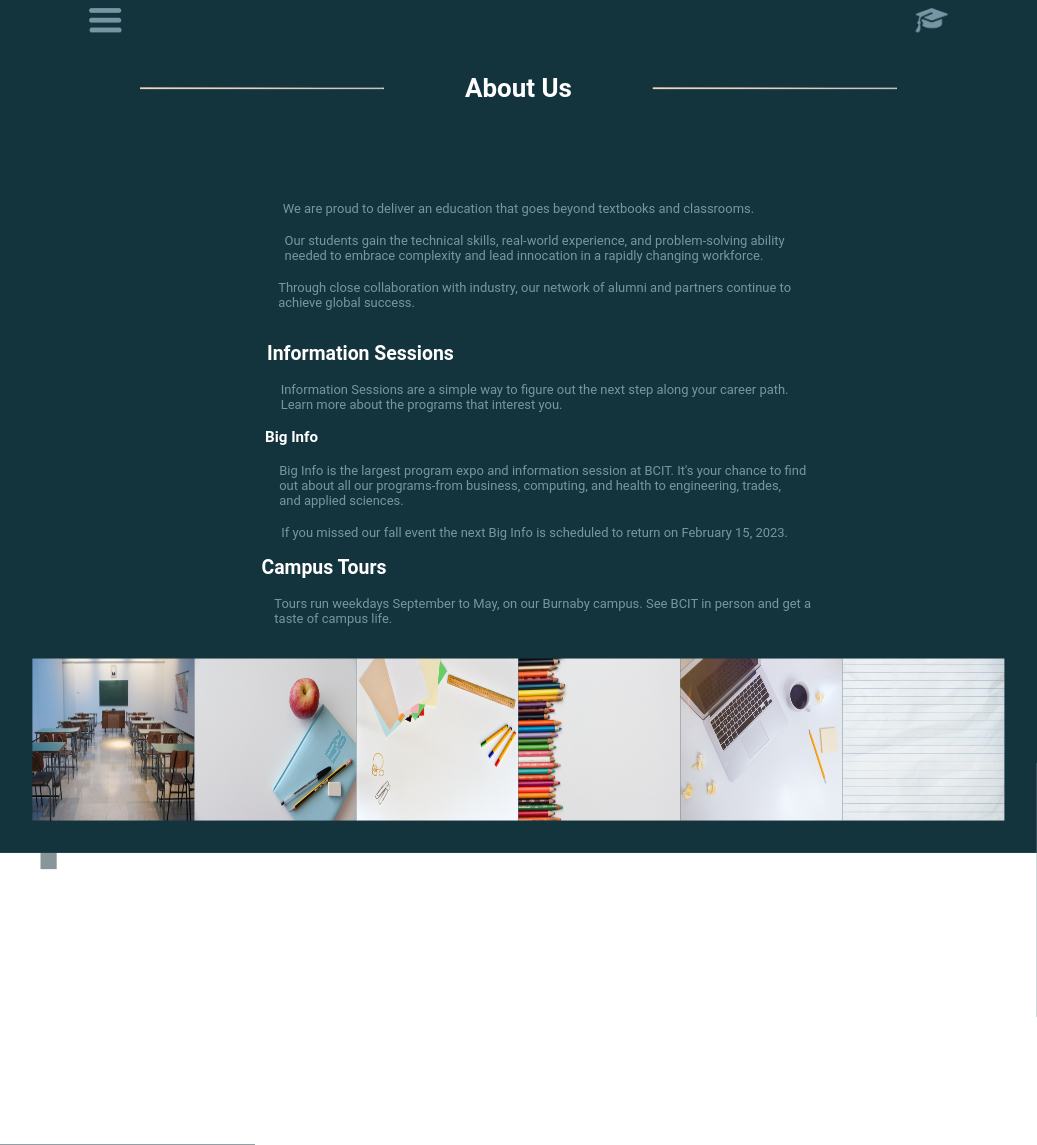
Repository: Sheraliramzan/Aly_A01253508_Assignment1
Page: /about
These files come from the project's save history. The page is drawn as it stood at one moment and after a run of saves; the edit follows.
The browser window is 1280 px wide. The pictures show the whole page, at 81% of full size.
The project was rebuilt for these pictures with package versions that can differ from the ones it lists, and the page was loaded fresh each time. The framework's server and built-in components were replaced by stand-ins that run in the browser. Also part of the build but not shown: next.config.js.

Above is the page before, as saved 2023-02-05 10:01:59.

### pages/about.js
import Head from 'next/head'
import Image from 'next/image'
import styles from '../styles/Home.module.css'
import dynamic from "next/dynamic";
import Nav from '../comp/nav/nav';


const About = () => {
  return (
    <>
      <Head>
        <title>About Us</title>
        <meta name="author" content="MDIA 2109" />
        <meta property="og:title" content= 'Assignment #1 - About Us Page'/>
        <meta property="og:description" content= "BCIT Digital Design and Development Diploma"/>
        <meta name="viewport" content="width=device-width, initial-scale=1" />
        <link rel="icon" href="/favicon.png" />
      </Head>
      <main className={styles.main}>
        <div className="aboutcont">
          <Nav/>
          <div>
              <div className='headcont1'>
                <hr className='hori'></hr>
                <h1 className='header'>About Us</h1>
                <hr className='hori1'></hr>
                <h1></h1>
              </div>
              <div className='paracont'>
                <p className='para2'> We are proud to deliver an education that goes beyond textbooks
                  and classrooms.</p>
                <p className='para3'> Our students gain the technical skills, real-world experience,
                  and problem-solving ability <br /> needed to embrace complexity
                  and lead innocation in a rapidly changing workforce.</p>
                <p className='para3'>Through close collaboration with industry, our network of alumni
                  and partners continue to <br /> achieve global success.</p>
              </div>
                <h2 className='header2'> Information Sessions</h2>
                <p className='para3'> Information Sessions are a simple way to figure out the next
                  step along your career path. <br /> Learn more about the
                programs that interest you.</p>
                <h3 className='header3'>Big Info</h3>
              <p className='para4'> Big Info is the largest program expo and information session at
                BCIT. It's your chance to find <br /> out about all our
                programs-from business, computing, and health to engineering,
                trades,
                <br /> and applied sciences.
              </p>
              <p className='para3'>If you missed our fall event the next Big Info is scheduled to
                return on February 15, 2023.
              </p>
              <h2 className="header4">Campus Tours</h2>
              <p className='para4'>  Tours run weekdays September to May, on our Burnaby campus. See
                BCIT in person and get a <br /> taste of campus life.</p>
          </div>
          <div>
            <div id="carouselImage">
                <Image src={"/0.jpg"} width={200} height={200}></Image>
                <Image src={"/1.jpg"} width={200} height={200}></Image>
                <Image src={"/2.jpg"} width={200} height={200}></Image>
                <Image src={"/3.jpg"} width={200} height={200}></Image>
                <Image src={"/4.jpg"} width={200} height={200}></Image>
                <Image src={"/5.jpg"} width={200} height={200}></Image>
            </div >
                  <div id="testOnImageHere">
                    <ul>
                      <li>Applied & Natural Sciences</li>
                      <li>Business & Media</li>
                      <li>Computing & IT</li>
                      <li>Engineerin</li>
                      <li>Health Sciences</li>
                      <li>Trades & Apprenticeships</li>
                    </ul>
                  </div>
          </div>
        </div>
        <a>
            <span>
                <img></img>
                <img></img>
            </span>
        </a>
      </main>
    </>
  )
}
export default dynamic (() => Promise.resolve(About), {ssr: false})

### styles/globals.css


* {
  box-sizing: border-box;
  padding: 0;
  margin: 0;
}

html,
body {
  margin: 0;
  padding: 0;
  font-family: "Roboto", sans-serif;
  scrollbar-width: none;

}
.menuimg{
  margin-left: 100px;
}
.gardimg{
  margin-right: 100px;
}
.navcont {
  display: flex;
  align-items: center;
  justify-content: space-between;
  padding: 10px;
}
.menucont{
  position: absolute;
  top: 0rem;
  left: 4rem;
}
a{
  color: var(--primary-color);
  text-decoration: none;
}

ul {
  display: flex;
  flex-direction: column;
  position: absolute;
  top: 10px;
  left: 50px;
  gap: 2rem;
  text-decoration: none;
}

ul > li {
  list-style-type: none;
  text-decoration: none;
  color: var(--primary-color);
}
.listcont{
  position: absolute;
  display: flex;
  align-items: flex-start;
  left: 3rem;
  top: 3rem;
}

.btncont {
  display: flex;
}

.close {
  background-color: transparent;
  border: none;
  font-size: larger;
  color: var(--primary-color);
}

.fullcont{
  width: 100vw;
  height: 100vh;
  background-image: url("/background-images/backgroundMountain.jpg");
  background-size: cover;
}
.but1{
  margin: 2px;
  padding: 5px 15px;
  background: none;
  border: 1px solid var(--primary-color);
  border-radius: 5px;
  color:var(--primary-color) ;
}
.butcont{
 margin-left: 250px;
}

.but1:hover{
  background-color: var( --primary-color);
  color: var(--quinary-color);
}
.downarrow{
  position: relative;
  left: 650px;
  top:50px;
}
.headcont{
  display: flex;
  flex-direction: column;
  width: 25%;
  margin-top: 320px;
  margin-left: 250px;
}
.headhome{
  color: var(--primary-color);
  font-size: 25px;
  margin-bottom: 10px;
}
.horidiv{
  width: 60%;
  border: 1px solid var(--secondary-color);
  margin-bottom: 10px;
}
.para1{
  color: var(--primary-color);
  font-size:12px;
  width: 100%;
  opacity: 0.8;
}
.aboutcont{
  width: 100%;
  background-color: var( --quaternary-color);
  justify-content: center;
}
.hori{
  border-left: 300px solid var(--secondary-color);
  width: 100px;
  height: 1px;
  margin-right: 100px;
}
.hori1{
  border-left: 300px solid var(--secondary-color);
  width: 100px;
  height: 1px;
  margin-left: 100px;
}
.headcont1{
  text-align: center;
  margin-top: 40px;
  display: flex;
  justify-content: center;
  align-items: center;
}
.header{
  color: var(--primary-color);
}
.paracont{
  display: flex;
  flex-direction: column;
  color: var(--ternary-color);
  justify-content: center;
  align-items: center;
  margin-top: 100px;

}
.para2{
  margin-top: 20px;
  margin-bottom: 20px;
}
.header2{
  display: flex;
  flex-direction: column;
  align-items: center;
  margin-right: 390px;
  margin-top: 20px;
  margin-bottom: 20px;
  color: var(--primary-color);
}
.header3{
  display: flex;
  flex-direction: column;
  align-items: center;
  margin-right: 560px;
  margin-top: 20px;
  margin-bottom: 20px;
  color: var(--primary-color);
}
.header4{
  display: flex;
  flex-direction: column;
  align-items: center;
  margin-right: 480px;
  margin-top: 20px;
  margin-bottom: 20px;
  color: var(--primary-color);
}
.para3{
  color: var(--ternary-color);
  display: flex;
  align-items: center;
  justify-content: center;
  margin-bottom: 20px;
  margin-left: 40px;
}
.para4{
  color: var(--ternary-color);
  display: flex;
  align-items: center;
  justify-content: center;
  margin-bottom: 20px;
  margin-left: 60px;
}
#carouselImage{
  height: 200px;
  background-repeat: no-repeat;
  background-size: cover;
  display: flex;
  justify-content: center;
  align-items: center;
  margin: 40px 0px;
}
#testOnImageHere{
  background-color: rgba(16, 46, 53, 0.5);
  padding: 10px;
  margin: 0px 50px;
  position: absolute;
}

### styles/variables.css
:root{
    --primary-color:#fff;
    --secondary-color:#f4d6b9;
    --ternary-color: #7796a4;
    --quaternary-color:#14343d;
    --quinary-color:rgba(16,46,53,0.5);
}

### styles/Home.module.css
.main {
  display: flex;
  flex-direction: column;
  justify-content: space-between;
  align-items: center;
}

### comp/nav/nav.js
import Head from 'next/head'
import Image from 'next/image'
import { useState } from 'react'
import { useRouter } from 'next/router'
import Link from 'next/link'

export default function Nav(){
    const [isMenuOpen, setIsMenuOpen] = useState(false);
  const handleClick = () => {
    setIsMenuOpen(!isMenuOpen);
  };
  const router = useRouter();
    return (
    <>
        <div className="navcont">
              <Image alt='menu' className='menuimg'
                src={"/icons/menu-icon.png"}
                width={40}
                height={30}
                onClick={handleClick}
              />
              <Image alt='grad' className='gardimg' src={"/icons/graduation-hat.png"} width={40} height={30} />
          </div>
          {isMenuOpen && (
            <div className="menucont">
              <div className="listcont">
                <div className="btncont">
                  <button className="close" onClick={handleClick}>
                    X
                  </button>
                </div>
                <div>
                  <ul>
                    <li>
                      <a href="#">Home</a>
                    </li>
                    <li>
                      <a href="/about">About</a>
                    </li>
                    <li>
                      <a href="/contact">Contact</a>
                    </li>
                  </ul>
                </div>
              </div>
              <Image alt='bar'
                src={"/background-images/menuBackground.png"}
                width={240}
                height={240}
              />
            </div>
          )}
    </>
    )
}

Loaded but not shown: pages/_app.js (common file); pages/_document.js (common file)

After the next 2 saves:
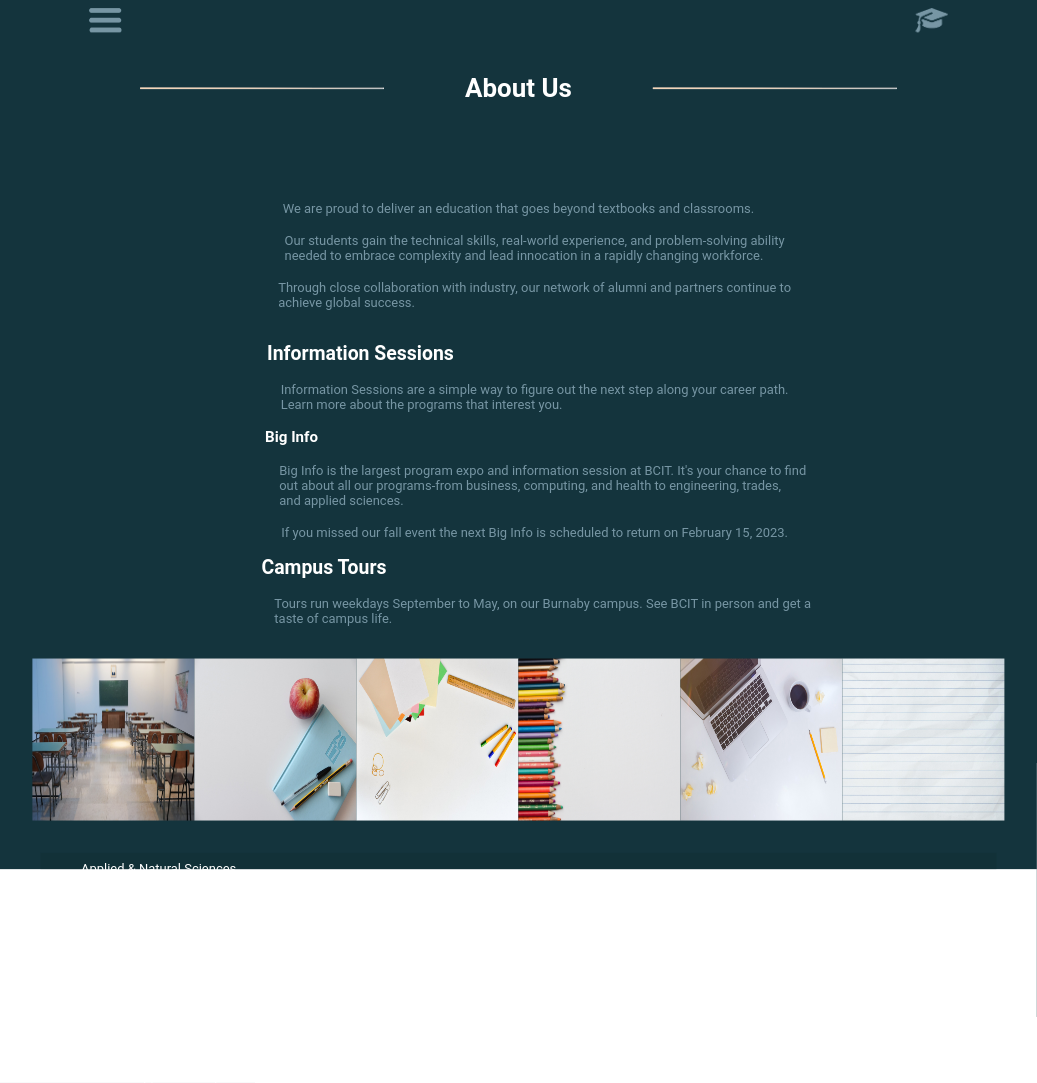
The 2 saves are shown as one change because they came seconds apart.
The last was saved 15 s later.
--- a/styles/globals.css
+++ b/styles/globals.css
@@ -216,5 +216,5 @@ ul > li {
   background-color: rgba(16, 46, 53, 0.5);
   padding: 10px;
   margin: 0px 50px;
-  position: absolute;
-}
+  position: relative;
+}
